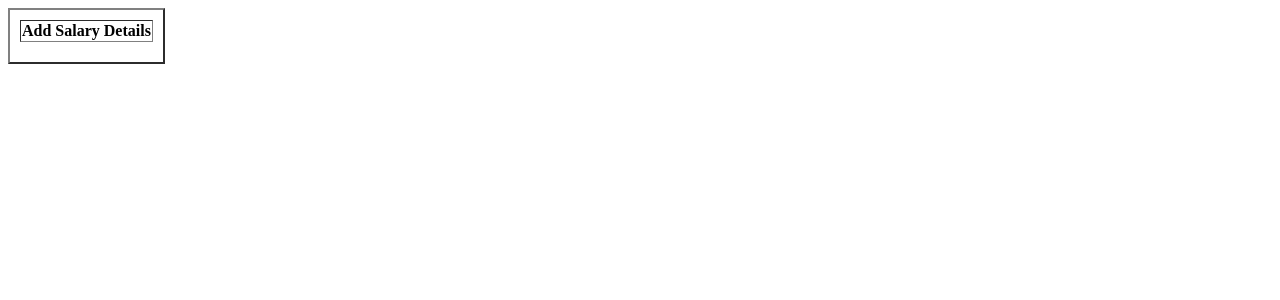
Repository: omgitsrish/MyProject
Page: http://localhost/Employee/
An editor plug-in stored every save of this project. The page is shown before and after the next save, followed by the edit.
The browser window is 1280 px wide. The pictures show the whole page.
The page is served by Tomcat 9.

Above is the page before, as saved 2018-07-31 19:35:08.

After the next save:
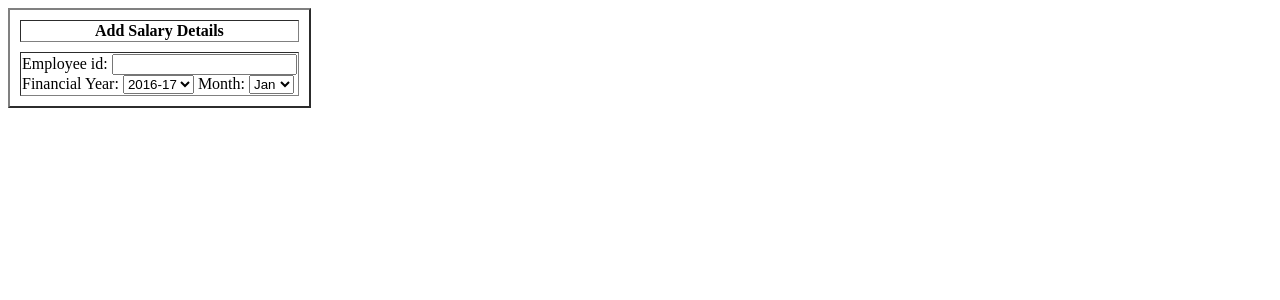
Saved 2 min 18 s later.
--- a/Test/Employee/WebContent/index.jsp
+++ b/Test/Employee/WebContent/index.jsp
@@ -12,6 +12,20 @@
 	<table border="2" cellspacing="10">
 		<th>Add Salary Details</th>
 		<tr>
+			<td> Employee id: <input type="number" name="empid" /> <br>
+				Financial Year:
+				<select name="fyear" >
+					<option>2016-17</option>
+					<option>2017-18</option>
+					<option>2018-19</option>
+				</select>
+				Month:
+				<select name="fyear" >
+					<option>Jan</option>
+					<option>Feb</option>
+					<option>Mar</option>
+				</select>
+		</tr>
 	</table>
 </form>
 
